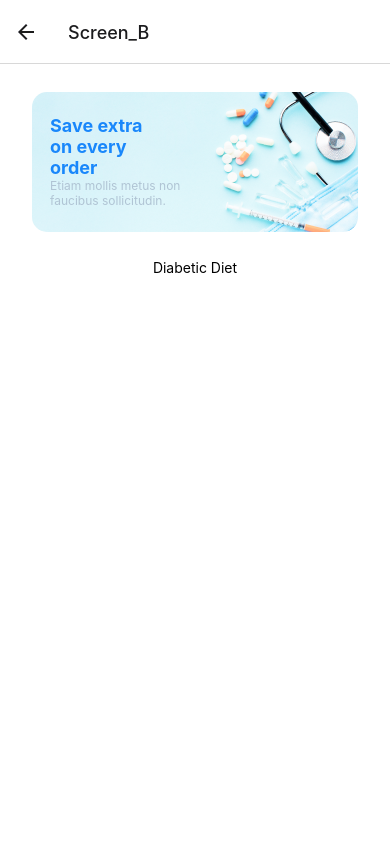
Repository: ntu34543/designReactNative
Screen: /Screen_B
The author's editor kept a copy of each file at every save. The screen is drawn from the files as they stood at one save, then again after the next save.
The app was drawn by React Native's web renderer in a window 390 px wide. The project was rebuilt for these pictures with package versions that can differ from the ones it lists, and the page was loaded fresh each time.

Above is the screen before, as saved 2022-10-18 16:51:38.

After the next save:
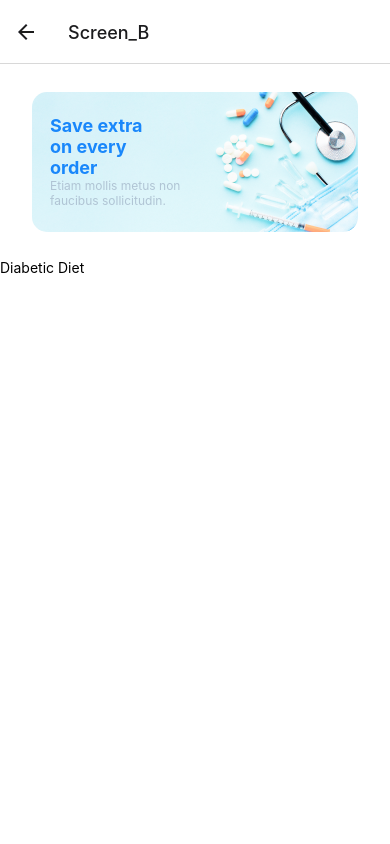
Saved 8 s later.
--- a/page/DiabetesCare.js
+++ b/page/DiabetesCare.js
@@ -67,7 +67,7 @@ const styles = StyleSheet.create({
   topPro: {
     flex: 3,
     // justifyContent: "center",
-    alignItems: "center",
+    alignItems: "start",
   },
   title3: {
     position: "relative",
